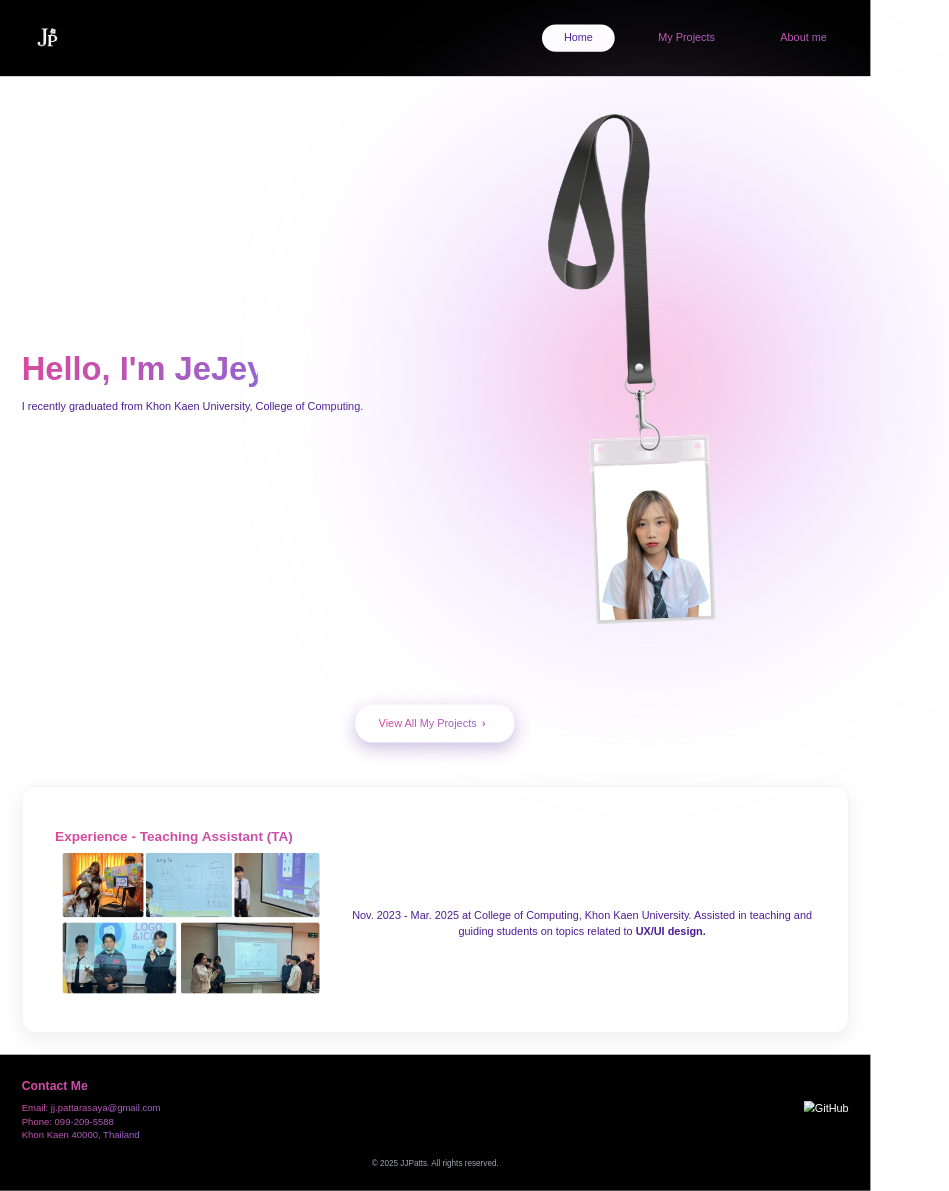
Repository: PattarasayaJJ/Portfolio-jjpatts
Page: /
The author's editor kept a copy of each file at every save. The page is drawn from the files as they stood at one save, then again after a run of saves.
The browser window is 1280 px wide. The page is 1396 px wide, so the pictures cover 1396 px, including what lies to the right of the window. The pictures show the whole page, at 68% of full size.
The project was rebuilt for these pictures with package versions that can differ from the ones it lists, and the page was loaded fresh each time. Also part of the build but not shown: vite.config.js, vite.config.ts, src/header.css, src/components/Works.jsx, src/components/Aboutme.jsx.

Above is the page before, as saved 2025-08-03 23:40:19.

### index.html
<!doctype html>
<html lang="en">
  <head>
    <meta charset="UTF-8" />
    <link rel="icon" type="image/svg+xml" href="/JPtab.png" />
    <meta name="viewport" content="width=device-width, initial-scale=1.0" />
    <title>JJPatts Portfolio</title>
  </head>
  <body>
    <div id="root"></div>
    <script type="module" src="/src/index.jsx"></script>
  </body>
</html>

### src/index.css
@import 'tailwindcss/base';
@import 'tailwindcss/components';
@import 'tailwindcss/utilities';
@import url('https://fonts.googleapis.com/css2?family=Kanit:wght@400;700&display=swap');

*{
   font-family: 'Kanit', sans-serif;

}

### src/App.jsx
import React from 'react';
import { BrowserRouter as Router, Routes, Route } from 'react-router-dom';
import { Header } from './components/Header';
import { Hero } from './components/Hero';
import { Works } from './components/Works';
import { Aboutme } from './components/Aboutme' ;
import { Footer } from './components/Footer';
export function App() {
  return (
    <Router>
      <div className="w-full min-h-screen bg-white">
        <Header />
        <main className="w-full">
          <Routes>
            <Route path="/" element={<><Hero /> </>} />
            <Route path="/works" element={<><Works /></>}/>
            <Route path="/aboutme" element={<Aboutme />} />


          </Routes>
        </main>
        <Footer />

      </div>
    </Router>
  );
}

### src/components/Header.jsx
import React, { useState } from 'react';
import { Link, useLocation } from 'react-router-dom';
import { MenuIcon, XIcon } from 'lucide-react';
import '../header.css';

export function Header() {
  const [isMenuOpen, setIsMenuOpen] = useState(false);
  const location = useLocation();

  const isActive = (path) => location.pathname === path;

  return (
    <header className="w-full bg-black py-4 px-8 relative">
      <div className="max-w-7xl mx-auto flex justify-between items-center">
        <Link to="/">
          <div className="flex items-center">
            <img src="/JP.png" alt="logo" className="w-20" />
          </div>
        </Link>

        <nav className="hidden md:flex space-x-8">
          <Link
            to="/"
            className={`font-medium px-8 py-2 rounded-full ${
              isActive('/') ? 'bg-white text-purple-600' : 'gradient-text'
            }`}
            style={isActive('/') ? { color: '#4c1d95' } : {}}
          >
            Home
          </Link>
          <Link
            to="/works"
            className={`font-medium px-8 py-2 rounded-full ${
              isActive('/works') ? 'bg-white text-purple-600' : 'gradient-text'
            }`}
            style={isActive('/works') ? { color: '#4c1d95' } : {}}
          >
            My Projects
          </Link>
          <Link
            to="/aboutme"
            className={`font-medium px-8 py-2 rounded-full ${
              isActive('/aboutme') ? 'bg-white text-purple-600' : 'gradient-text'
            }`}
            style={isActive('/aboutme') ? { color: '#4c1d95' } : {}}
          >
            About me
          </Link>
        </nav>

        <button className="md:hidden text-white" onClick={() => setIsMenuOpen(!isMenuOpen)}>
          {isMenuOpen ? <XIcon size={24} /> : <MenuIcon size={24} />}
        </button>
      </div>

      <div
        className={`
          fixed top-0 right-0 w-64 h-full bg-black z-50 transform transition-transform duration-300 ease-in-out
          ${isMenuOpen ? 'translate-x-0' : 'translate-x-full'}
          md:hidden
        `}
      >
        <div className="p-6">
          <button className="text-white mb-8" onClick={() => setIsMenuOpen(false)}>
            <XIcon size={24} />
          </button>
          <nav className="flex flex-col space-y-6">
            <Link
              to="/"
              className={`font-medium px-6 py-2 rounded-full block text-center ${
                isActive('/') ? 'bg-white text-purple-600' : 'gradient-text'
              }`}
              style={isActive('/') ? { color: '#4c1d95' } : {}}
              onClick={() => setIsMenuOpen(false)}
            >
              Home
            </Link>
            <Link
              to="/works"
              className={`font-medium px-6 py-2 rounded-full block text-center ${
                isActive('/works') ? 'bg-white text-purple-600' : 'gradient-text'
              }`}
              style={isActive('/works') ? { color: '#4c1d95' } : {}}
              onClick={() => setIsMenuOpen(false)}
            >
              My Projects
            </Link>
            <Link
              to="/aboutme"
              className={`font-medium px-6 py-2 rounded-full block text-center ${
                isActive('/aboutme') ? 'bg-white text-purple-600' : 'gradient-text'
              }`}
              style={isActive('/aboutme') ? { color: '#4c1d95' } : {}}
              onClick={() => setIsMenuOpen(false)}
            >
              About me
            </Link>
          </nav>
        </div>
      </div>

      {isMenuOpen && (
        <div
          className="fixed inset-0 bg-black bg-opacity-50 z-40 md:hidden"
          onClick={() => setIsMenuOpen(false)}
        />
      )}
    </header>
  );
}

### src/components/Hero.jsx
import React from 'react';
import '../hero.css';
import { Link } from 'react-router-dom';

export const Hero = () => {
  return (
    <>
      <section className="hero-section">
        <div className="hero-container">
          <div className="hero-left">
            <div className="hero-text-box">
              <span className="hero-name typing gradient-text">Hello, I'm JeJey.</span>
              <p className="hero-quote">
                I recently graduated from Khon Kaen University, College of Computing.
              </p>
            </div>


          </div>

          <div className="hero-left">
            <div className="hero-image-wrapper">
              <img
                src="/card1.png"
                alt="Portfolio character illustration"
                className="hero-main-image"
              />
            </div>
          </div>
        </div>

         <Link
              to="/works"
              className="moreproject"
              onClick={() => window.scrollTo({ top: 0, behavior: 'instant' })}
            >
              <span className="gradient-text">View All My Projects</span>
              <span className="arrow-icon gradient-text">›</span>
            </Link>
      </section>

      <section className="hero-section">
        <div className="final-project-card-ex">
    <div className="project-title-text"> Experience - Teaching Assistant (TA)</div>

          <div className="final-project-content">
            <div className="final">
              <img
                src="/ta.png"
                alt="TA Presentation"
                className="bottom-image"
              />
            </div>
            <p className="bottom-caption">
              Nov. 2023 - Mar. 2025 at College of Computing, Khon Kaen University.
              Assisted in teaching and guiding students on topics related to{' '}
              <span className="uxui">UX/UI design.</span>
            </p>
          </div>
        </div>
      </section>
    </>
  );
};

### src/components/Footer.jsx
import React from 'react';

export function Footer() {
  return (
    <footer className="w-full bg-black text-white py-8 px-8">
  <div className="max-w-7xl mx-auto flex flex-col md:flex-row justify-between items-center space-y-6 md:space-y-0">

        <div className="text-center md:text-left gradient-text ">
          <h2 className="text-lg font-semibold">Contact Me</h2>
          <p className="text-sm mt-2">Email: jj.pattarasaya@gmail.com</p>
          <p className="text-sm">Phone: 099-209-5588</p>
          <p className="text-sm">Khon Kaen 40000, Thailand</p>

        </div>

        <div className="flex space-x-4 ">
        <a href="https://github.com/PattarasayaJJ" target="_blank" rel="noopener noreferrer">
        <img src="https://github.githubassets.com/favicons/favicon.png" alt="GitHub" />

  </a>

        </div>
      </div>

      <div className="text-center text-xs text-gray-400 mt-6 ">
        © {new Date().getFullYear()} JJPatts. All rights reserved.
      </div>
    </footer>
  );
}

### src/hero.css
.hero-section {
  max-width: 80rem;
    margin: 0 auto;
    padding: 2rem;
}

.hero-container {
  max-width: 80rem;
  margin: 0 auto;
  display: flex;
  flex-direction: column;
  gap: 2rem;
  justify-content: space-between;
  align-items: center;
}

.hero-image-wrapper {
  position: relative;
  z-index: 10;
  overflow: visible;
}

.moreproject {
  width: fit-content;
  height: 3.5rem;
  border-radius: 25px;
  display: flex;
  align-items: center;
  justify-content: center;
  font-size: 1rem;
  cursor: pointer;
  transition: all 0.3s ease;
  text-decoration: none;
  margin: 4rem auto 0;
  box-shadow: 0 8px 25px rgba(76, 29, 149, 0.3);
  padding: 0 2rem;
  border: 2px solid transparent;
  position: relative;
  overflow: hidden;
  animation: pulseMove 2s ease-in-out infinite;
}

@keyframes pulseMove {
  0%, 100% {
    transform: scale(1);
  }
  50% {
    transform: scale(1.05);
  }
}


.moreproject:hover {
  background-color: black;
  transform: scale(1.08);
}

.arrow-icon {
  padding: 0.5rem;
  font-weight: bold;
}

@keyframes gradientShift {
  0% {
    background: radial-gradient(
      circle at center,
      rgba(244, 114, 182, 0.5),
      rgba(216, 180, 255, 0.3),
      transparent 70%
    );
  }
  50% {
    background: radial-gradient(
      circle at center,
      rgba(129, 140, 248, 0.5),
      rgba(216, 180, 255, 0.4),
      transparent 70%
    );
  }
  100% {
    background: radial-gradient(
      circle at center,
      rgba(244, 114, 182, 0.5),
      rgba(216, 180, 255, 0.3),
      transparent 70%
    );
  }
}


.hero-image-wrapper::before {
  content: "";
  position: absolute;
  top: 50%;
  left: 50%;
  width: 150%;
  height: 150%;
  transform: translate(-50%, -50%);
  filter: blur(80px);
  z-index: 5;
  pointer-events: none;
  animation: gradientShift 5s ease-in-out infinite;
}



.hero-left {
  position: relative;
  width: 100%;
}



@media (min-width: 768px) {

  .hero-container {
    flex-direction: row;
  }
  .hero-left {
    width: 50%;
  }
  .final-project-card-ex {
   background: #ffffff;
  border-radius: 20px;
  padding: 3rem;
  box-shadow: 0 8px 32px rgba(0, 0, 0, 0.08);
  border: 1px solid #f0f0f0;
  display: flex;
  flex-direction: column;

}
  .hero-right {
    width: 50%;
    text-align: right;
  }
}





.hero-text-box {
  color: #4c1d95;

}



.hero-quote {
  font-size: 1rem;
  margin-bottom: 1rem;

}

.hero-name {
  font-weight: 700;
  margin-top: 1rem;


}




@keyframes swingImage {
  0% {
    transform: rotate(0deg);
  }
  25% {
    transform: rotate(-3deg);
  }
  50% {
    transform: rotate(0deg);
  }
  75% {
    transform: rotate(3deg);
  }
  100% {
    transform: rotate(0deg);
  }
}

.hero-main-image {
  width: 100%;
  max-width: 28rem;
  margin: 0 auto;
  position: relative;
  z-index: 20;
  animation: swingImage 5s ease-in-out infinite;
  transform-origin:center;
}

.final-project-content {
  display: flex;
  align-items: center;
  gap: 2rem;
}

.final {
  flex-shrink: 0;
}

.bottom-caption {
  flex: 1;
  text-align: left;
}

.project-title-text {
  margin-top: 10px;
  background: linear-gradient(135deg, #DD489B, #9067D3);
  -webkit-background-clip: text;
  -webkit-text-fill-color: transparent;
  background-clip: text;
  display: inline-block;
  font-size: 1.25rem;
}




@media (max-width: 767px) {
  .hero-image-wrapper::before {
    width: 100%;
    height: 100%;
    filter: blur(60px);
  }
  .hero-main-image {
    width: 90%;
    max-width: 20rem;
  }

  .hero-text-box {
    max-width: 100%;
    margin-left: 0;
    padding: 0 1rem;
  }
  .hero-quote {
    font-size: 1rem;

  }

  .bottom-caption {
    font-size: 1rem;
    color: #4c1d95;
    align-self: center;
    text-align: center;

  }
   .final-project-content {
    flex-direction: column;
    gap: 1.5rem;
  }

  .bottom-caption {
    text-align: center;
  }
  .uxui{
    font-size: 1rem;
    color: #4c1d95;
    text-align: center;
    line-height: 1.5;
    font-weight: bold;

  }
  .final-project-card-ex {
  background: #ffffff;
  border-radius: 20px;
  padding: 3rem;
  box-shadow: 0 8px 32px rgba(0, 0, 0, 0.08);
  border: 1px solid #f0f0f0;
  display: flex;
  flex-direction: column;
  }
  .interest{
    list-style: none;
    color: #4c1d95;

  }
  li{
    font-size: 1rem;
    color: #4d1d95a2;
    line-height: 1.8rem;

  }

}









  @media (min-width: 768px) {
    .bottom-image {
      width:400px;
      max-width: 700px;
      border-radius: 1rem;
    }


    .bottom-caption {
      font-size: 1rem;
      color: #4c1d95;
      align-self: center;
      text-align: center;

    }
    .uxui{
      font-size: 1rem;
      color: #4c1d95;
      text-align: center;
      line-height: 1.5;
      font-weight: bold;

    }
  }



  .hero-name{
    font-size: 3rem;
  }

  .typing {
    display: inline-block;
    overflow: hidden;
    white-space: nowrap;
    animation: typing 2s steps(13) forwards;
  }

  @keyframes typing {
    from { width: 0 }
    to { width: 13ch }
  }

### src/work.css
.projects-section {
  width: 100%;
  max-width: 1200px;
  margin: 0 auto;
  padding: 2rem 1rem;
  background-color: #ffffff;
}

.projects-container {
  max-width: 80rem;
  margin: 0 auto;
  display: flex;
  flex-direction: column;
  gap: 2rem;
}

.breadcrumb {
  margin-bottom: 2rem;
  font-size: 0.9rem;
  color: #666;
}

.breadcrumb-link {
  color: #666;
  text-decoration: none;
}

.breadcrumb-link:hover {
  color: #333;
}

.breadcrumb-separator {
  margin: 0 0.5rem;
}

.breadcrumb-current {
  color: #333;
  font-weight: 500;
}

.project-title-text {
  margin-top: 10px;
  background: linear-gradient(135deg, #DD489B, #9067D3);
  -webkit-background-clip: text;
  -webkit-text-fill-color: transparent;
  background-clip: text;
  display: inline-block;
  font-size: 1.25rem;
  font-weight: bold;
}

/* Project Card */
.project-card {
  background: #ffffff;
  border-radius: 20px;
  padding: 3rem;
  box-shadow: 0 8px 32px rgba(0, 0, 0, 0.08);
  border: 1px solid #f0f0f0;
  display: flex;
  flex-direction: column;
  gap: 2rem;
}

/* Project Images */
.project-images {
  display: flex;
  justify-content: center;
  gap: 2rem;
  margin-bottom: 1rem;
}

.project-images.single {
  justify-content: center;
}

/* Updated: Uniform image sizing */
.project-image {
  width: 400px;
  height: 300px;
  object-fit: contain;
  border-radius: 12px;
  box-shadow: 0 8px 24px rgba(0, 0, 0, 0.12);
  transition: transform 0.3s ease, box-shadow 0.3s ease;
}

.project-image:hover {
  transform: translateY(-4px);
  box-shadow: 0 12px 32px rgba(0, 0, 0, 0.16);
}

/* Project Content */
.project-content {
  display: flex;
  flex-direction: column;
  gap: 1rem;
}

.project-name {
  font-size: 1rem;
  line-height: 1.6;
  color: #4c1d95;
  margin: 0;
  text-align: left;
  width: 100%;
}

.highlight {
  font-weight: 700;
  color: #4c1d95;
}

/* Skills List */
.skills-list {
  display: flex;
  flex-wrap: wrap;
  gap: 0.75rem;
  margin-top: 1rem;
}

.skill-tag {
  background: linear-gradient(135deg, #e5d4ff, #f3e8ff);
  color: #6b46c1;
  padding: 0.5rem 1rem;
  border-radius: 20px;
  font-size: 0.875rem;
  font-weight: 500;
  border: 1px solid #e5d4ff;
  transition: all 0.3s ease;
}

.skill-tag:hover {
  background: linear-gradient(135deg, #ddd6fe, #e5d4ff);
  transform: translateY(-2px);
  box-shadow: 0 4px 12px rgba(107, 70, 193, 0.2);
}

/* Responsive Design */
@media (max-width: 1024px) {
  .project-images {
    gap: 1.5rem;
  }

  .project-image {
    width: 350px;
    height: 250px;
    object-fit: contain;
  }
}

@media (max-width: 768px) {
  .projects-section {
    padding: 1.5rem 1rem;
  }

  .project-card {
    padding: 2rem 1.5rem;
  }

  .project-images {
    flex-direction: column;
    align-items: center;
    gap: 1.5rem;
  }

  .project-image {
    width: 100%;
    max-width: 400px;
    height: 250px;
    object-fit: contain;
  }

  .project-title {
    font-size: 1.5rem;
  }

  .project-name {
    font-size: 1.1rem;
    text-align: left;
  }

  .skills-list {
    justify-content: flex-start;
  }
}

@media (max-width: 480px) {
  .project-card {
    padding: 1.5rem 1rem;
  }

  .project-name {
    font-size: 1rem;
  }

  .skill-tag {
    font-size: 0.75rem;
    padding: 0.4rem 0.8rem;
  }

  .project-image {
    width: 100%;
    max-width: 350px;
    height: 200px;
    object-fit: contain;
  }
}

### src/aboutme.css
.about-container {
  max-width: 1200px;
  margin: 0 auto;
  padding: 2rem 1rem;
  background-color: #ffffff;
}

.breadcrumb {
  margin-bottom: 1rem;
  font-size: 1rem;
  color: #4B5563;
  display: flex;
  align-items: center;
}

.breadcrumb-link {
  color: #4B5563;
  text-decoration: none;
}

.breadcrumb-link:hover {
  text-decoration: underline;
}


.breadcrumb-separator {
  margin: 0 0.5rem;
}

.breadcrumb-current {
  font-weight: bold;
  color: #4c1d95;
}

.about-content {
  display: grid;
  grid-template-columns: 1fr 2fr;
  gap: 3rem;
  align-items: start;
}

.profile-section {
  display: flex;
  flex-direction: column;
  gap: 2rem;
}

.profile-card {
  background: #ffffff;
  border-radius: 20px;
  padding: 1rem;
  box-shadow: 0 8px 32px rgba(0, 0, 0, 0.08);
  border: 1px solid #f0f0f0;
  text-align: center;
}

.avatar-container {
  display: flex;
  flex-direction: column;
  align-items: center;
}

.avatar-wrapper {
  width: 200px;
  height: 200px;
  transition: transform 0.3s ease;
}

.avatar-wrapper:hover {
  transform: scale(1.05);
}

.avatar-img {
  width: 100%;
  height: 100%;
  object-fit: contain;
}

.profile-name {
  font-size: 1.5rem;
  color: #4c1d95;
  margin: 0;
}

.profile-title {
  font-size: 1rem;
  color: #6b46c1;
  margin: 0;
}

.email {
  font-size: 1rem;
  color: #6b7280;
  margin-bottom: 10px;
}

.social-icons {
  display: flex;
  justify-content: center;
  gap: 1rem;
}

.social-link {
  display: flex;
  align-items: center;
  justify-content: center;
  width: 40px;
  height: 40px;
  box-shadow: 0 8px 32px rgba(0, 0, 0, 0.08);
  border-radius: 50%;
  transition: all 0.3s ease;
}

.social-link:hover {
  transform: translateY(-2px);
  box-shadow: 0 4px 12px rgba(107, 70, 193, 0.3);
}

.social-icons img {
  width: 20px;
  height: 20px;
}

.education-card {
  background: #ffffff;
  border-radius: 20px;
  padding: 2rem;
  box-shadow: 0 8px 32px rgba(0, 0, 0, 0.08);
  border: 1px solid #f0f0f0;
}

.education-content {
  margin-top: 1rem;
}

.degree {
  font-size: 1rem;
  color: #4c1d95;
  margin: 0 0 0.5rem 0;
}

.university {
  font-size: 1rem;
  color: #4c1d95;
  margin: 0 0 0.25rem 0;
}

.graduation {
  font-size: 0.9rem;
  color: #6b7280;
  margin: 0;
}

.skills-section {
  display: flex;
  flex-direction: column;
}

.skills-grid {
  display: grid;
  grid-template-columns: 1fr;
  gap: 2rem;
}

.skill-category {
  background: #ffffff;
  border-radius: 20px;
  padding: 2rem;
  box-shadow: 0 8px 32px rgba(0, 0, 0, 0.08);
  border: 1px solid #f0f0f0;
  border-left: 5px solid #ffdff3;
}

.section-title,
.category-title {
  font-size: 1rem;
  margin: 0 0 1.5rem 0;
  display: flex;
  align-items: center;
}

.gradient-text {
  background: linear-gradient(135deg, #DD489B, #9067D3);
  -webkit-background-clip: text;
  -webkit-text-fill-color: transparent;
  background-clip: text;
}

.skills-list {
  display: flex;
  flex-wrap: wrap;
  gap: 0.75rem;
}

.skill-tag {
  background: linear-gradient(135deg, #e5d4ff, #f3e8ff);
  color: #6b46c1;
  padding: 0.5rem 1rem;
  border-radius: 20px;
  font-size: 0.8rem;
  border: 1px solid #e5d4ff;
  transition: all 0.3s ease;
  cursor: default;
}

.skill-tag:hover {
  background: linear-gradient(135deg, #ddd6fe, #e5d4ff);
  transform: translateY(-2px);
  box-shadow: 0 4px 12px rgba(107, 70, 193, 0.2);
}

@media (max-width: 1024px) {
  .about-content {
    grid-template-columns: 1fr;
    gap: 2rem;
  }

  .skills-grid {
    grid-template-columns: repeat(2, 1fr);
  }
}

@media (max-width: 768px) {
  .about-container {
    padding: 1.5rem 1rem;
  }

  .about-content {
    gap: 1.5rem;
  }

  .skills-grid {
    grid-template-columns: 1fr;
    gap: 1.5rem;
  }

  .profile-card,
  .education-card,
  .skill-category {
    padding: 1.5rem;
  }

  .avatar-wrapper {
    width: 150px;
    height: 150px;
  }

  .profile-name {
    font-size: 1.25rem;
  }

  .profile-title {
    font-size: 0.9rem;
  }

  .section-title,
  .category-title {
    font-size: 1.1rem;
  }

  .skill-tag {
    font-size: 0.8rem;
    padding: 0.4rem 0.8rem;
  }
}

@media (max-width: 480px) {

  .profile-card,
  .education-card,
  .skill-category {
    padding: 1.25rem;
  }

  .avatar-wrapper {
    width: 120px;
    height: 120px;
  }

  .profile-name {
    font-size: 1rem;
  }

  .skills-list {
    gap: 0.5rem;
  }

  .skill-tag {
    font-size: 0.75rem;
    padding: 0.35rem 0.7rem;
  }
}

Loaded but not shown: src/index.jsx (common file); tailwind.config.js (common file)

After the next 2 saves:
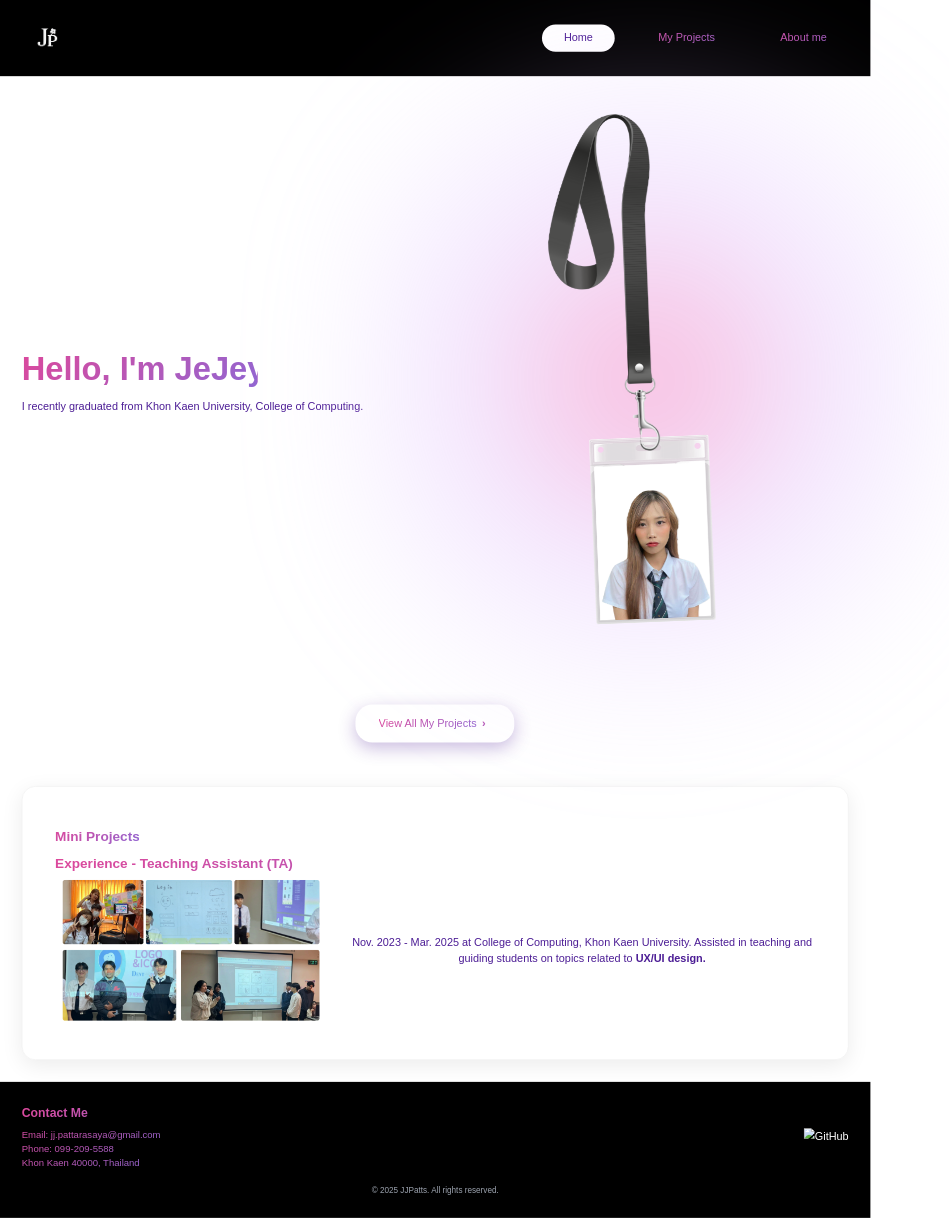
The 2 saves are shown as one change because they came seconds apart.
The last was saved 69 s later.
--- a/src/components/Hero.jsx
+++ b/src/components/Hero.jsx
@@ -41,6 +41,13 @@ export const Hero = () => {
 
       <section className="hero-section">
         <div className="final-project-card-ex">
+
+          <div className="final-project-text">
+           <div className="project-title-container">
+    <div className="project-title-text">Mini Projects</div>
+  </div>
+</div>
+
     <div className="project-title-text"> Experience - Teaching Assistant (TA)</div>
 
           <div className="final-project-content">
